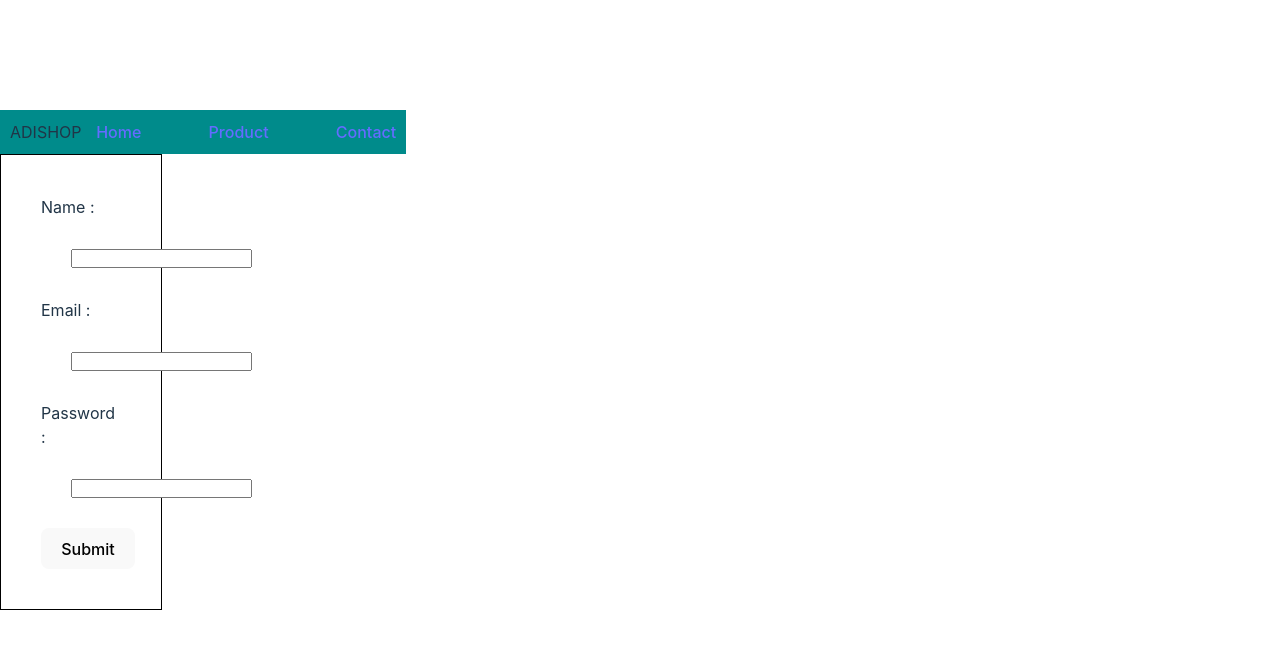
Repository: Aditya0377/React-ecommercewebsite
Page: /contact (app in ecommerce/)
An editor plug-in stored every save of this project. The page is shown before and after the next save, followed by the edit.
The browser window is 1280 px wide. The pictures show the whole page.
The project was rebuilt for these pictures with package versions that can differ from the ones it lists, and the page was loaded fresh each time. Also part of the build but not shown: ecommerce/vite.config.js, ecommerce/src/components/Home.jsx, ecommerce/src/components/Product.css, ecommerce/src/components/Product.jsx, ecommerce/src/components/Login.css, ecommerce/src/components/Login.jsx.

Above is the page before, as saved 2025-01-21 16:25:49.

After the next save:
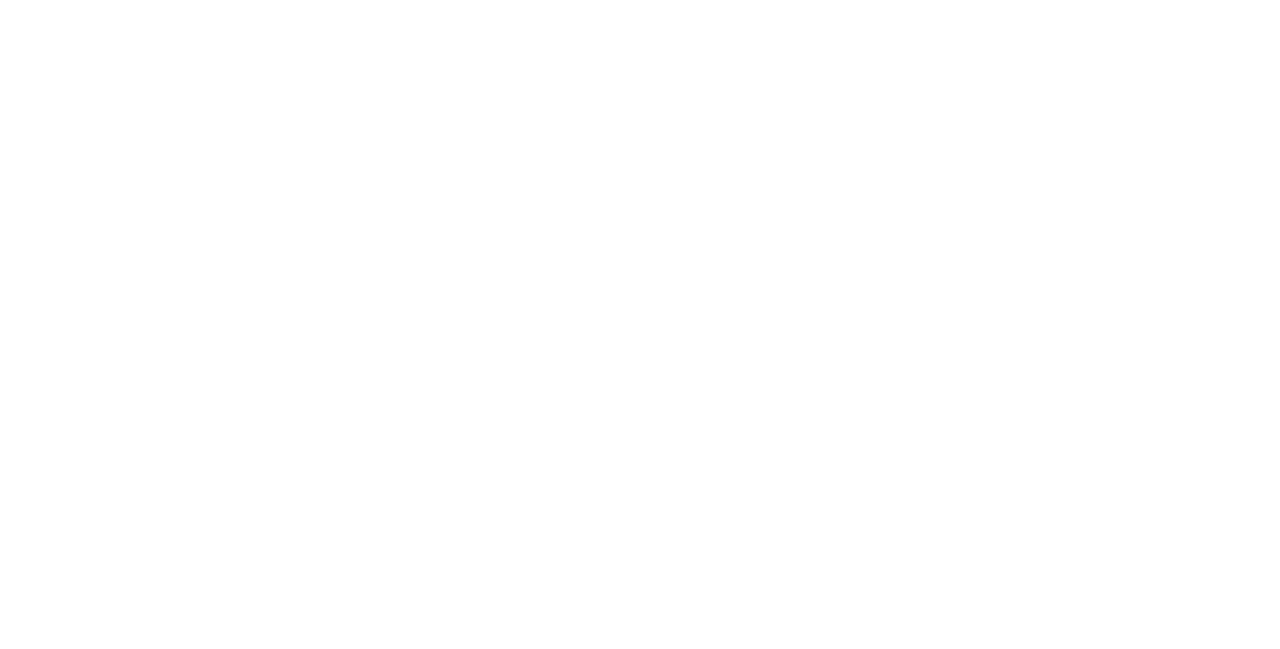
Console error: ReferenceError: e is not defined
Saved 77 s later.
--- a/ecommerce/src/components/Contact.jsx
+++ b/ecommerce/src/components/Contact.jsx
@@ -24,7 +24,7 @@
         <div className='paradiv'>
             <form className='contact' onSubmit={formsubmit}>
                 <label>Name :</label>
-                <input type='text' onChange={(e) => setName(e.target.value)} /><br />
+                <input type='text' onChange={setName(e.target.value)} /><br />
                 <label>Email :</label>
                 <input type='email' /><br />
                 <label>Password :</label>

After the save that followed:
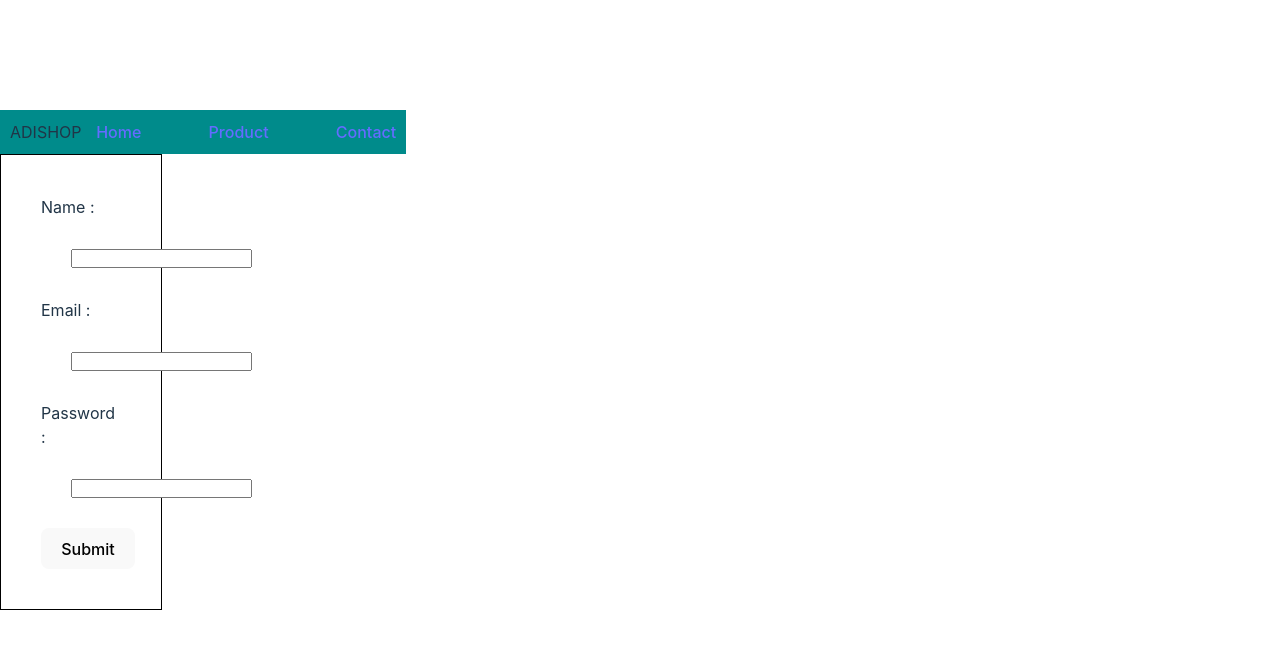
The error is gone.
Saved 15 s later.
--- a/ecommerce/src/components/Contact.jsx
+++ b/ecommerce/src/components/Contact.jsx
@@ -24,7 +24,7 @@
         <div className='paradiv'>
             <form className='contact' onSubmit={formsubmit}>
                 <label>Name :</label>
-                <input type='text' onChange={setName(e.target.value)} /><br />
+                <input type='text' onChange={(e) => setName(e.target.value)} /><br />
                 <label>Email :</label>
                 <input type='email' /><br />
                 <label>Password :</label>
